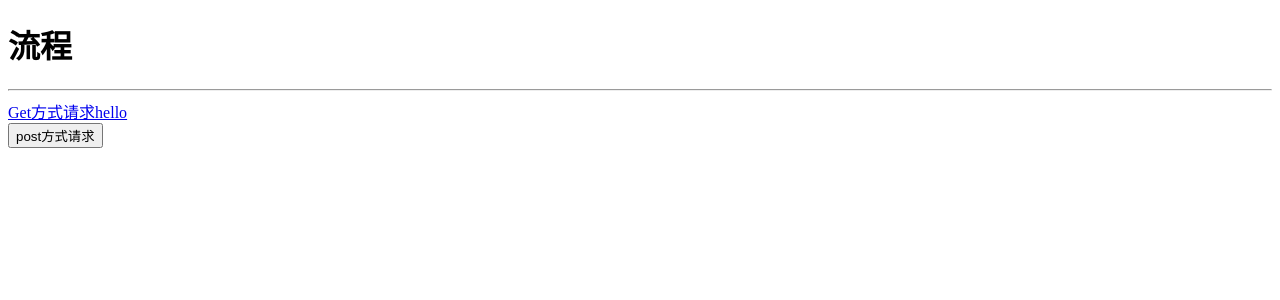
Repository: DFmoon/Servlet
Page: http://localhost/Exercise/3.1_reg.jsp
These files come from the project's save history. The page is drawn as it stood at one moment and after the next save; the edit follows.
The browser window is 1280 px wide. The pictures show the whole page.
The page is served by Tomcat 9. Other server files are loaded and not shown.

Above is the page before, as saved 2018-08-17 07:50:12.

### Exercise/WebContent/3.1_reg.jsp
<%@ page language="java" contentType="text/html; charset=utf-8"%>
<!DOCTYPE html PUBLIC "-//W3C//DTD HTML 4.01 Transitional//EN" "http://www.w3.org/TR/html4/loose.dtd">
<html>
<head>
<meta http-equiv="Content-Type" content="text/html; charset=utf-8">
<title>liucheng</title>
</head>
<body>
	<h1>流程</h1>
	<hr>

	<!-- get请求 -->
	<a href="servlet/test1">Get方式请求hello</a><br>

	<!-- post请求 -->
	<form name="sdf" action="servlet/test1" method="post">
		<input type="submit" value="post方式请求" />
	</form>
</body>
</html>

After the next save:
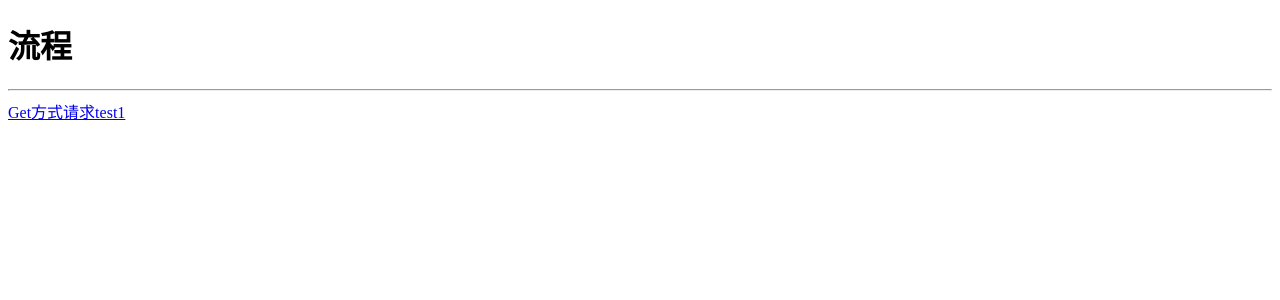
Saved 5 min 55 s later.
--- a/Exercise/WebContent/3.1_reg.jsp
+++ b/Exercise/WebContent/3.1_reg.jsp
@@ -10,11 +10,7 @@
 	<hr>
 
 	<!-- get请求 -->
-	<a href="servlet/test1">Get方式请求hello</a><br>
+	<a href="servlet/test1">Get方式请求test1</a><br>
 
-	<!-- post请求 -->
-	<form name="sdf" action="servlet/test1" method="post">
-		<input type="submit" value="post方式请求" />
-	</form>
 </body>
 </html>
